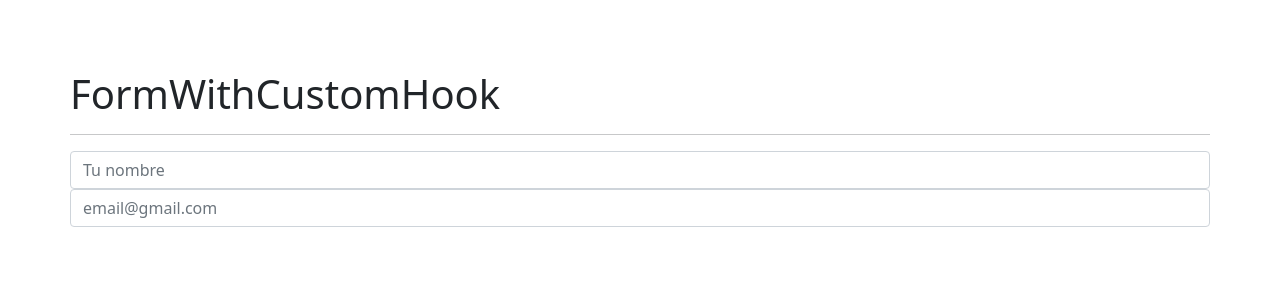
Repository: FlamesAlejandro/practicaReact
Page: /
An editor plug-in stored every save of this project. The page is shown before and after the next save, followed by the edit.
The browser window is 1280 px wide. The pictures show the whole page.
The project was rebuilt for these pictures with package versions that can differ from the ones it lists, and the page was loaded fresh each time.

Above is the page before, as saved 2021-05-26 16:37:58.

### public/index.html
<!DOCTYPE html>
<html lang="en">
  <head>
    <meta charset="utf-8" />
    <link rel="icon" href="%PUBLIC_URL%/favicon.ico" />
    <meta name="viewport" content="width=device-width, initial-scale=1" />
    <meta name="theme-color" content="#000000" />
    <meta
      name="description"
      content="Web site created using create-react-app"
    />

    <!--
      manifest.json provides metadata used when your web app is installed on a
      user's mobile device or desktop. See https://developers.google.com/web/fundamentals/web-app-manifest/
    -->
    <link rel="manifest" href="%PUBLIC_URL%/manifest.json" />
    <!--
      Notice the use of %PUBLIC_URL% in the tags above.
      It will be replaced with the URL of the `public` folder during the build.
      Only files inside the `public` folder can be referenced from the HTML.

      Unlike "/favicon.ico" or "favicon.ico", "%PUBLIC_URL%/favicon.ico" will
      work correctly both with client-side routing and a non-root public URL.
      Learn how to configure a non-root public URL by running `npm run build`.
    -->
       <!-- CSS only -->
<link href="https://cdn.jsdelivr.net/npm/bootstrap@5.0.1/dist/css/bootstrap.min.css" rel="stylesheet" integrity="sha384-+0n0xVW2eSR5OomGNYDnhzAbDsOXxcvSN1TPprVMTNDbiYZCxYbOOl7+AMvyTG2x" crossorigin="anonymous"></link>

    <title>Hooks App</title>
  </head>
  <body>
    <noscript>You need to enable JavaScript to run this app.</noscript>
    <div id="root"></div>
    <!--
      This HTML file is a template.
      If you open it directly in the browser, you will see an empty page.

      You can add webfonts, meta tags, or analytics to this file.
      The build step will place the bundled scripts into the <body> tag.

      To begin the development, run `npm start` or `yarn start`.
      To create a production bundle, use `npm run build` or `yarn build`.
    -->
  </body>
</html>

### src/index.js
import React from 'react';
import ReactDOM from 'react-dom';
import { FormWithCustomHook } from './components/useEffect/FormWithCustomHook';
// import { SimpleForm } from './components/useEffect/SimpleForm';
// import { CounterApp } from './components/01-useState/CounterApp';
// import { CounterWithCustomHook } from './components/01-useState/CounterWithCustomHook';
// import { HookApp } from './HookApp';

ReactDOM.render(

    <FormWithCustomHook />,

  document.getElementById('root')
);

### src/components/useEffect/FormWithCustomHook.js
import React, { useState } from 'react'
import './effect.css'

export const FormWithCustomHook = () => {

    const [formState, setFormState] = useState({
        name: '',
        email: ''
    });

    const { name, email } = formState;



    const handleInputChange = ({ target }) =>{

        setFormState({
            ...formState,
            [ target.name ]: target.value
        });
    };

    return (
        <>
            <h1>FormWithCustomHook</h1>
            <hr />

            <div className="form-group">
                <input
                    type="text"
                    name="name"
                    className="form-control"
                    placeholder="Tu nombre"
                    autoComplete="off"
                    value={ name }
                    onChange={ handleInputChange }
                 />
            </div>

            <div className="form-group">
                <input
                    type="text"
                    name="email"
                    className="form-control"
                    placeholder="email@gmail.com"
                    autoComplete="off"
                    value={ email }
                    onChange={ handleInputChange }
                 />
            </div>

        </>
    )
}

Loaded but not shown: src/components/useEffect/effect.css (common file)

After the next save:
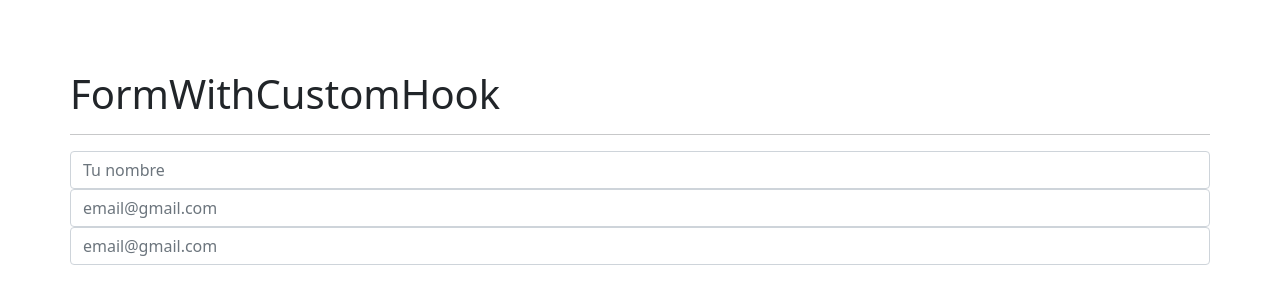
Saved 37 s later.
--- a/src/components/useEffect/FormWithCustomHook.js
+++ b/src/components/useEffect/FormWithCustomHook.js
@@ -49,6 +49,18 @@ export const FormWithCustomHook = () => {
                  />
             </div>
 
+            <div className="form-group">
+                <input
+                    type="text"
+                    name="email"
+                    className="form-control"
+                    placeholder="email@gmail.com"
+                    autoComplete="off"
+                    value={ email }
+                    onChange={ handleInputChange }
+                 />
+            </div>
+
         </>
     )
 }
